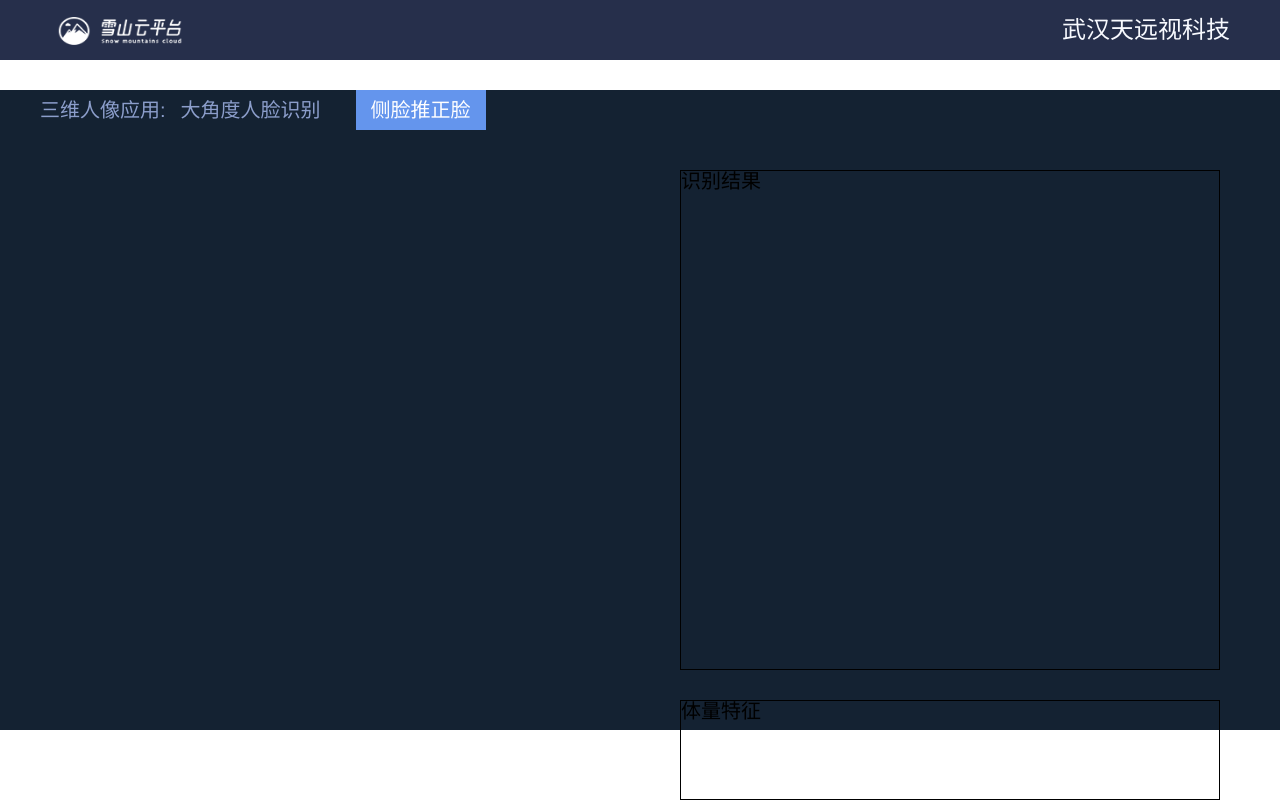
Repository: fyt2020/pubilcDemlo
Page: /#/face
These files come from the project's save history. The page is drawn as it stood at one moment and after the next save; the edit follows.
The browser window is 1280 px wide. The pictures show the whole page.
The project was rebuilt for these pictures with package versions that can differ from the ones it lists, and the page was loaded fresh each time.

Above is the page before, as saved 2020-04-28 10:30:49.

### index.html
<!DOCTYPE html>
<html>
  <head>
    <meta charset="utf-8">
    <meta name="viewport" content="width=device-width,initial-scale=1.0">
    <title>pubilcdemo</title>
    <script src="./static/config.js"></script>
    <script src="./static/main.js"></script>
  </head>
  <body>
    <div id="app"></div>
    <!-- built files will be auto injected -->
  </body>
</html>

### src/main.js
// The Vue build version to load with the `import` command
// (runtime-only or standalone) has been set in webpack.base.conf with an alias.
import Vue from 'vue'
import App from './App'
import router from './router'
import '@/assets/css/reset.css'
import axios from '@/plugins/axios';

Vue.config.productionTip = false
Vue.prototype.$http = axios;
/* eslint-disable no-new */
new Vue({
  el: '#app',
  router,
  components: { App },
  template: '<App/>'
})

### src/router/index.js
import Vue from 'vue'
import Router from 'vue-router'
import Home from '@/pages/Home'

Vue.use(Router)

export default new Router({
  linkExactActiveClass: "exactActive",
  linkActivesClass: "active",
  routes: [
    {
      path: '/',
      name: 'home',
      component: Home,
      meta:{
        needTooken:false
      },
      redirect:'/bigAngle',
      children:[
        {
          path: 'bigAngle',
          name: 'bigAngle',
          component: () => import("@/pages/bigAngle"),
          meta:{
            needTooken:false
          },

        },
        {
          path: 'face',
          name: 'face',
          component: () => import("@/pages/face"),
          meta:{
            needTooken:false
          },

        }

      ]
    }
  ]
})

### src/assets/css/reset.css
@charset "UTF-8";
/**
 * @desc pc端常用reset.css
 * @author archer
 * @date 2018-08-26
 */
html,body,div,p,ul,li,dl,dt,dd,em,i,span,a,img,input,h1,h2,h3,h4,h5,nav,section,footer,header,table,tr,th,td,ul,li{margin:0;padding:0;box-sizing: border-box;}
h1,h2,h3,h4,h5,h6{font-weight:normal}
i,em,b{font-style:normal}
article,aside,details,figcaption,figure,footer,header,menu,nav,section {display: block;}
a,img,input {border:none;}
a {text-decoration:none;}
a:hover, a:active {outline: none;}
ul,li{list-style: none}
button,input,select,textarea{font-size:100%;outline:none}
table{border-collapse:collapse;border-spacing:0}
html, body {width: 100%;height: 100%;}
body{font-family:"Helvetica Neue",Helvetica, Arial,sans-serif; font-size: 14px;line-height:1}

### src/pages/Home.vue
<template>
  <div class="home">
      <div class="header">
           <div class="header__left">
                <img src="../assets/img/logo1.png" alt="" class="logo_img">

           </div>
           <div class="header__right">
                <span>武汉天远视科技</span>
           </div>
      </div>
      <div class="navigation">
            <span>三维人像应用:</span>
            <router-link tag="li" :to="{name:'bigAngle'}" class="navigation__item">大角度人脸识别</router-link>
            <router-link tag="li" :to="{name:'face',params:{id:'self'}}" class="navigation__item">侧脸推正脸</router-link>
      </div>

      <div class="content">
         <router-view />
      </div>

  </div>
</template>

<script>
export default {
  data() {
    return {};
  },
  computed: {},
  created() {

  },
  mounted() {

  },
  methods: {

  },
  components: {}
};
</script>

<style lang="scss" scoped>
@import "@/assets/css/home.scss";
</style>

### src/pages/face.vue
<template>
  <div class="face">
    <div class="face__left">
      <canvas class="canvasId" v-show="regImgKey" :class="{'big':isBig}"></canvas>
    </div>

    <div class="face__right">
      <div class="right__top">
        <span class="right__topT">识别结果</span>
        <div id="model"></div>
        <ul class="info__box" v-if="infoObj.collectNo">
          <li class="info__item">
            <span class="info__iteml">采集编号:</span>
            <span class="info__itemr">{{infoObj.collectNo}}</span>
          </li>
          <li class="info__item">
            <span class="info__iteml">性别:</span>
            <span class="info__itemr">{{infoObj.sex}}</span>
          </li>
          <li class="info__item">
            <span class="info__iteml">证件号:</span>
            <span class="info__itemr">{{infoObj.idNo}}</span>
          </li>
          <li class="info__item">
            <span class="info__iteml">采集时间:</span>
            <span class="info__itemr">{{infoObj.time}}</span>
          </li>
        </ul>
      </div>
      <div class="right__bottom">
        <span class="right__topT">体量特征</span>
        <ul class="tl__box" v-if="charData.length>0">
          <li class="tl__item" v-for="item in charData" :key="item.value">
            <span class="tl__iteml same">{{item.title}}</span>
            <span class="tl__itemr same">{{item.value}}</span>
          </li>
        </ul>
      </div>
    </div>
  </div>
</template>

<script>
import axios from "axios";
export default {
  props: {},
  data() {
    return {
      regImgKey: false,
      isBig: false,
      charData: [],
      infoObj: {
        collectNo: "",
        sex: "",
        time: "",
        idNo: ""
      },
      source: 0,
      camera: null,
      renderer: null,
      boxHelper: null,
      animationId: null,
      modelObj: null,
      scene: null
    };
  },
  computed: {},
  created() {},
  mounted() {
    console.log($("#model"));
    let id = this.$route.params.id;
    if (id) {
    } else {
      this.initData();
    }
  },
  methods: {
    initData() {
      let id = this._getQueryString(window.BASEURL.type);
      this.INIT(400, 400, id);
    },

    _getQueryString(name) {
      let after = window.location.hash.split("?")[1];
      if (after) {
        var reg = new RegExp("(^|&)" + name + "=([^&]*)(&|$)");
        var r = after.match(reg);

        if (r != null) return unescape(r[2]);
        return null;
      }
    },

    INIT(width, height, name) {
      console.log(name);
      let VM = this;
      //场景构建
      VM.scene = new THREE.Scene();
      //相机构建
      VM.camera = new THREE.PerspectiveCamera(45, width / height, 0.1, 2000); //四个参数 视场角 方向 最近距 最远距  fov对应着图中的视角，是上下两面的夹角。aspect是近平面的宽高比。
      // camera.lookAt( new THREE.Vector3(0, 0, 0));
      //渲染器构建
      VM.renderer = new THREE.WebGLRenderer({
        antialias: true
      });

      //设置背景颜色
      VM.renderer.setClearColor(0x484b5f);
      //三个参数 width height updateStyle第三个选填
      VM.renderer.setSize(width, height);
      //激活阴影
      VM.renderer.shadowMapEnabled = true;
      //添加材质灯光阴影
      var ambiColor = "ffffff";
      var ambientLight = new THREE.AmbientLight(ambiColor);
      VM.scene.add(ambientLight);

      //添加坐标系
      // var axes = new THREE.AxisHelper(100);
      // scene.add(axes);

      //添加网格
      // var helper = new THREE.GridHelper( 1000, 50 ,0x0000ff, 0xff8080);
      // scene.add(helper);
      VM.boxHelper = new THREE.BoxHelper();

      var controls = new THREE.OrbitControls(VM.camera, VM.renderer.domElement);
      //controls.target = new THREE.Vector3(0, 0, 0);
      // 使动画循环使用时阻尼或自转 意思是否有惯性
      controls.enableDamping = true;
      //动态阻尼系数 就是鼠标拖拽旋转灵敏度
      controls.dampingFactor = 0.25;
      //是否可以缩放
      controls.enableZoom = true;
      //是否自动旋转
      controls.autoRotate = false;
      //设置相机距离原点的最近距离
      //controls.minDistance = 200;
      //设置相机距离原点的最远距离
      //controls.maxDistance = 600;
      //是否开启右键拖拽
      controls.enablePan = true;
      //上下旋转范围
      controls.minPolarAngle = 0;
      controls.maxPolarAngle = Math.PI * (90 / 180);
      //左右旋转范围
      controls.minAzimuthAngle = -Math.PI * (60 / 180);
      controls.maxAzimuthAngle = Math.PI * (60 / 180);

      controls.panSpeed = 0.2;
      controls.rotateSpeed = 0.1;
      //模型
      var onProgress = function(xhr) {
        // if (xhr.lengthComputable) {
        //   //可计算的长度
        //   var percentCompvare = (xhr.loaded / xhr.total) * 100; //加载程度百分比
        //   var elem = document.getElementById("myBar");
        //   var width = parseInt(percentCompvare);
        //   elem.style.width = width + "%";
        //   $(".loading").text("正在下载:" + parseInt(percentCompvare) + "%");
        // }
      };
      var onError = function(xhr) {
        // $(".loading")
        //   .show()
        //   .text("下载失败");
        return;
      };

      var modelPath = `../../static/data/${name}`;
      var objLoader = new THREE.OBJLoader2();
      var callbackOnLoad = function(event) {
        VM.modelObj = event.detail.loaderRootNode;
        VM.modelObj.name = `${name}`;
        VM.modelObj.scale.set(1.9, 1.9, 1.9);
        VM.modelObj.children[0].geometry.computeBoundingBox();
        VM.modelObj.rotation.x = THREE.Math.degToRad(-88);
        VM.modelObj.children[0].geometry.center();
        VM.boxHelper.setFromObject(VM.modelObj);
        let center = VM.boxHelper.geometry.boundingSphere.center;
        let radius = VM.boxHelper.geometry.boundingSphere.radius;
        let cameraPos = new THREE.Vector3(
          center.x + VM.modelObj.position.x,
          center.y + VM.modelObj.position.y,
          radius * 2.2 + center.z + VM.modelObj.position.z
        );
        let lookPos = new THREE.Vector3(
          center.x + VM.modelObj.position.x,
          center.y + VM.modelObj.position.y,
          center.z + VM.modelObj.position.z
        );
        VM.camera.position.copy(cameraPos);
        controls.target = lookPos;
        VM.camera.lookAt(lookPos);
        VM.scene.add(VM.modelObj);
      };
      let typeObj = VM.source == "1" ? "textured" : "cut";
      objLoader.loadMtl(modelPath + `/${typeObj}_mesh.mtl`, null, function(
        materialCreator
      ) {
        materialCreator[`${typeObj}_mesh`].opacity = 1; // new THREE.Color(1,1,1)
        objLoader.setMaterials(materialCreator);
        objLoader.setLogging(true, true);
        objLoader.load(
          modelPath + `/${typeObj}_mesh.obj`,
          callbackOnLoad,
          onProgress,
          onError,
          null,
          false
        );
      });
      VM.camera.lookAt(VM.scene.position);
      //在页面上添加渲染器，dom元素
      console.log($("#model"));
      $("#model").append(VM.renderer.domElement);
      renderScene();
      VM.getModelTxt(name);
      VM.getInfo(name);
      function renderScene() {
        var clock = new THREE.Clock();
        var delta = clock.getDelta(); //三角点
        controls.update();
        VM.camera.updateProjectionMatrix();
        VM.animationId = requestAnimationFrame(renderScene); //请求动画框架
        VM.renderer.render(VM.scene, VM.camera);
      }
    },
    clearRenderer() {
      let VM = this;
      VM.renderer.dispose();
      VM.renderer.forceContextLoss();
      VM.renderer.context = null;
      VM.renderer.domElement = null;
      VM.renderer = null;
    },
    getModelTxt(name) {
      let VM = this;
      let id = new Date().getTime();
      let params = {
        headers: {
          "Content-Type": "text/plain;charset=utf-8"
        },
        responseType: "text/json",
        inCharset: "utf-8",
        outCharset: "utf-8",
        timeout: 30000,
        random: id
      };
      axios
        .get(`../../static/data/${name}/face_points_distance.txt`)
        .then(function(res) {
          let newData = res.data.split("\r\n");
          let len = newData.length;
          for (var i = 0; i < len; i++) {
            let obj = {};
            if (newData[i]) {
              let k = newData[i].split(":")[0];
              let v = newData[i].split(":")[1];
              obj["title"] = k;
              obj["value"] = v;
            }
            VM.charData.push(obj);
          }

          console.log(VM.charData);
        })
        .catch(function(error) {
          console.log(error);
        });
    },
    getInfo(name) {
      let VM = this;
      this.$http.api
        .get(`../../static/data/${name}/${name}.json`)
        .then(function(res) {
          if (res.data.code === 0) {
            let data = res.data.result;
            VM.infoObj = data;
            VM.regImgKey = true;
            VM.createdImg(`../../static/data/${name}/${name}.jpg`,data.xdata);

          }
        })
        .catch(function(error) {
          console.log(error);
        });
    },
    //移除模型
    removeEntity(object) {
      let selectedObject = this.scene.getObjectByName(object.name);
      // console.log('renderer.renderLists',this.renderer.renderLists)
      selectedObject.traverse(function(item) {
        if (item instanceof THREE.Mesh) {
          item.geometry.dispose(); //删除几何体
          //item.material.dispose(); //删除材质
          if (Array.isArray(item.material)) {
            item.material.forEach(function(i) {
              i.dispose(); //删除材质
            });
          } else {
            item.material.dispose();
          }
        }
      });
      this.scene.remove(selectedObject);
      this.renderer.dispose();
      this.renderer.clear();
      this.renderer.renderLists.dispose();
      this.modelObj = null;
      THREE.Cache.clear();
    },
    createdImg(imgUrl1, data) {
      console.log(data);
      let len = data.length;
      let canvas = document.getElementsByClassName("canvasId")[0];
      let ctx = canvas.getContext("2d");
      let img = new Image();
      img.src = `${imgUrl1}`;
      let spX, spY;
      let W = $(".face__left").width();
      let H = $(".face__left").height();
      img.onload = function() {
        let imgW = img.width;
        let imgH = img.height;
        let targetW, targetH;
        spX = W / img.width;
        spY = H / img.height;
        console.log(img.width);
        console.log(img.height);
        if (imgW > W) {
          targetW = imgW * spX;
          targetH = imgH * spX;
          if (imgH > H) {
            targetW = imgW * spY;
            targetH = imgH * spY;
          }
        } else {
          if (imgH > H) {
            targetW = imgW * spY;
            targetH = imgH * spY;
          } else {
            targetW = imgW;
            targetH = imgH;
          }
        }
        // console.log(spX);
        // console.log(spY);
        // console.log(targetW);
        // console.log(targetH);

        canvas.width = targetW;
        canvas.height = targetH;

        ctx.drawImage(img, 0, 0, targetW, targetH);
        ctx.strokeStyle = "#FF0000";
        ctx.strokeWidth = 1;
        ctx.lineWidth = 2;
        if (len > 0) {
          if (imgW > W && imgH < H) {
            console.log(1);
            data.forEach((item, index) => {
              ctx.strokeRect(
                item.x * spX,
                item.y * spX,
                item.w * spX,
                item.h * spX
              );
            });
          } else if (imgW > W && imgH > H) {
            console.log(2);
            data.forEach((item, index) => {
              ctx.strokeRect(
                item.x * spY,
                item.y * spY,
                item.w * spY,
                item.h * spY
              );
            });
          } else {
            if (imgH > H) {
              console.log(3);
              data.forEach((item, index) => {
                ctx.strokeRect(
                  item.x * spY,
                  item.y * spY,
                  item.w * spY,
                  item.h * spY
                );
              });
            } else {
              console.log(4);
              data.forEach((item, index) => {
                ctx.strokeRect(item.x, item.y, item.w, item.h);
              });
            }
          }
        }
      };
    }
  },
  components: {},
  beforeDestroy() {}
};
</script>

<style scoped lang="scss">
@import "@/assets/css/face.scss";
</style>

### src/assets/css/home.scss
.home{
    font-size: 20px;
    width: 100vw;
    height: 100vh;
    .header{
        width: 100%;
        height: 60px;
        background-color: #262f4b;
        display: flex;
        align-items: center;
        color:  #f8faff;;
        justify-content: space-between;
        padding: 0 50px;
        font-size: 24px;
        .header__left{
            height: 100%;
            display: flex;
            align-items: center;
            .logo_img{
                width: 141px;
                height: 35px;
            }
        }
        .header__right{
            height: 100%;
            display: flex;
            align-items: center;
        }
    }
    .navigation{
        width: 100%;
        height: 40px;
        display: flex;
        align-items: center;
        box-sizing: border-box;
        background-color: #142232;
        color:  #8c9ecb;
        padding: 0 40px;
        margin-top: 30px;
        &__item{
            height: 40px;
            line-height: 40px;
            box-sizing: border-box;
            padding: 0 15px;
            margin-right: 20px;
        }
        &__item.exactActive{
             display: flex;
             background-color: cornflowerblue;
             color: #fff;
        }
    }
    .content{
        height: calc(100% - 120px);
        width: 100%;
        padding: 40px;
        background-color: #142232;
    }
}

### src/assets/css/face.scss
.face{
    display: flex;
    width: 100%;
    height: 100%;
    .face__left{
       width: 50%;
       height: 100%;
       margin-right: 40px;
       display: flex;
       flex-direction: column;
       align-items: center;
       justify-content: center;
       .left__bottom{
           width: 100%;
           height: 15%;
           border: 1px solid black;
           .left__bottom{

           }
           .recg__box{

               display: flex;
               align-items: center;
               justify-content: flex-start;
               .recg__item{
                   width: 100px;
                   height: 100px;
                   .recg__itemImg{

                       height: 100%;
                   }
               }
           }
       }
    }
    .face__right{
       width: 45%;
       height: 100%;
       .right__top{
           border: 1px solid black;
           width: 100%;
           height: 500px;
           position: relative;
           margin-bottom: 30px;
           .right__topT{

           }
           #model{
               width: 400px;
               height: 400px;
           }
           .info__box{
               position: absolute;
               right: 0;
               bottom: 0;
               width: 300px;
               height: 200px;
               background-color: black;
               display: flex;
               flex-direction: column;

               color: blanchedalmond;


           }
       }
       .right__bottom{

           border: 1px solid black;
           width: 100%;
           height: 100px;
           .right__topT{

           }
           .tl__box{
               display: flex;

               .tl__item{



                .same{




                }
                .tl__iteml{

                }
                .tl__itemr{

                }
               }
           }


       }

    }
}

### static/config.js
window.BASEURL = {
     type:'id',

     imgUrl__collectNo:'srlp1576136811447'
};

Loaded but not shown: src/App.vue (common file); src/plugins/axios.js (library)

After the next save:
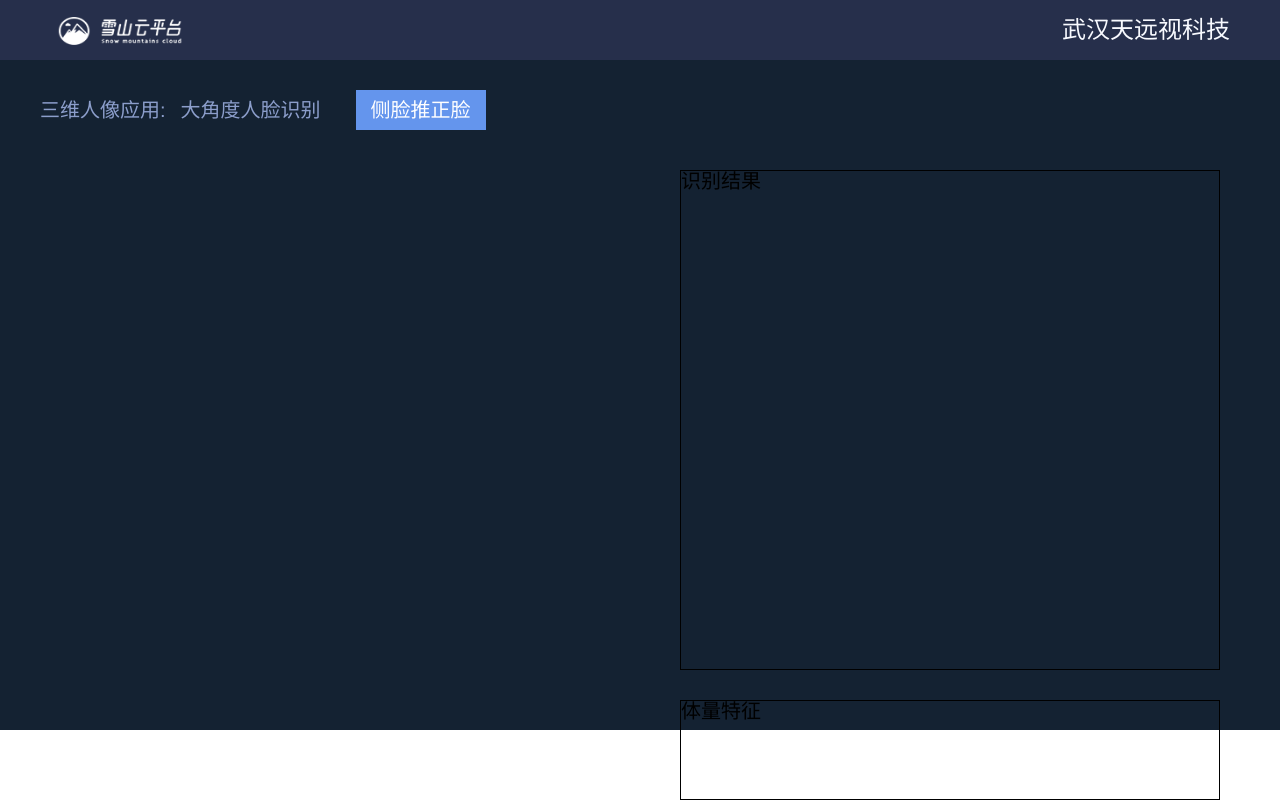
Saved 22 s later.
--- a/src/assets/css/home.scss
+++ b/src/assets/css/home.scss
@@ -2,6 +2,7 @@
     font-size: 20px;
     width: 100vw;
     height: 100vh;
+    background-color: #142232;
     .header{
         width: 100%;
         height: 60px;
